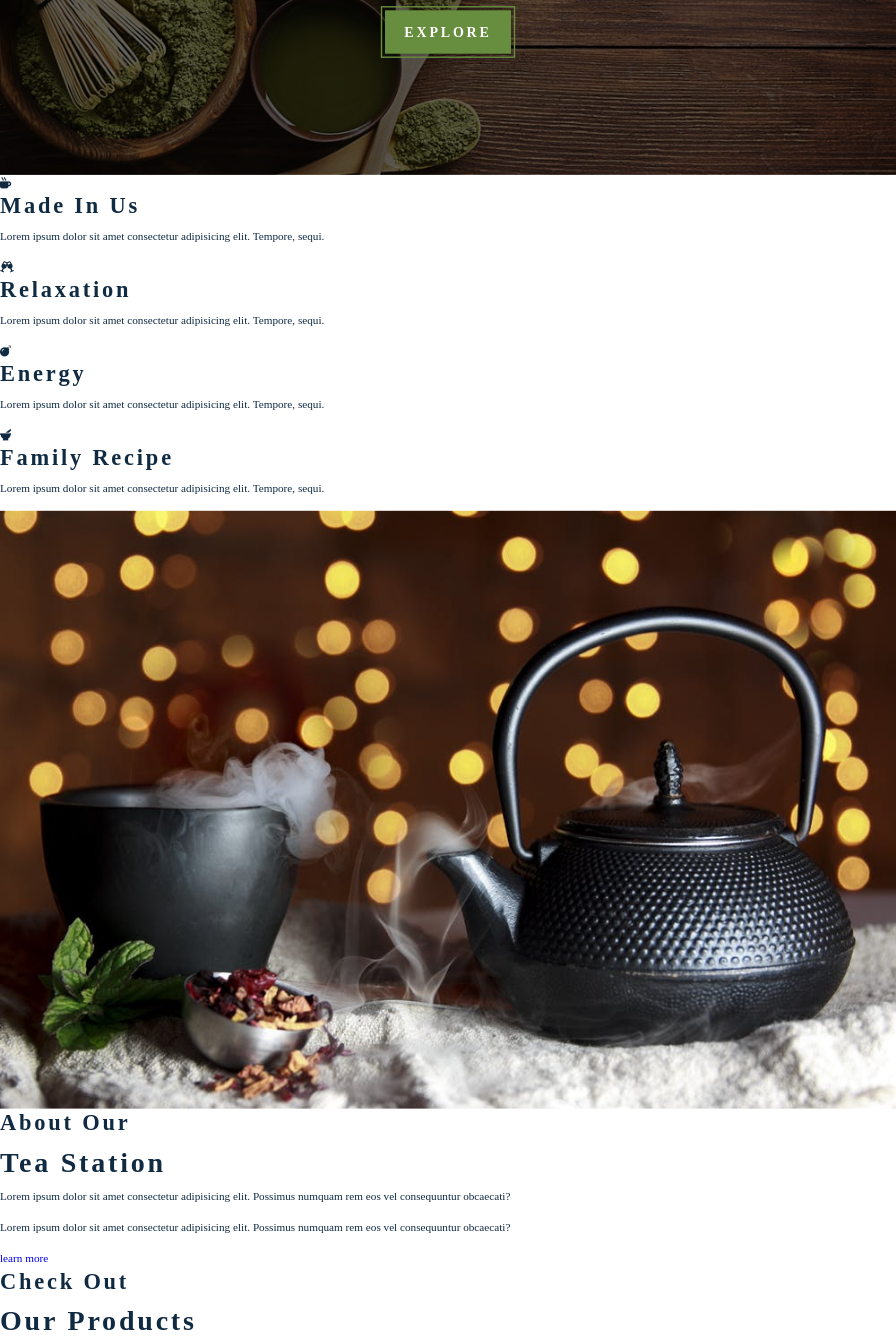
Repository: Ndifoinhilary/building_tea_site
Page: index.html
These files come from the project's save history. The page is drawn as it stood at one moment and after the next save; the edit follows.
The browser window is 1280 px wide. The pictures show the part of the page from y = 614 to 2534 px (the page is 6262 px tall before and 6270 px after), at 70% of full size.
Backgrounds fixed to the window are drawn as part of the page. Some web fonts or font styles are not loaded; a fallback is used.

Above is the page before, as saved 2024-01-03 18:32:15.

### index.html
<!DOCTYPE html>
<html lang="en">

<head>
  <meta charset="UTF-8" />
  <meta name="viewport" content="width=device-width, initial-scale=1.0" />
  <meta http-equiv="X-UA-Compatible" content="ie=edge" />
  <title>Tea Station || Home</title>
  <!-- font-awesome -->
  <link rel="stylesheet" href="./fontawesome-free-5.7.2-web/css/all.css" />
  <!-- custom css -->
  <link rel="stylesheet" href="./css/styles.css" />
</head>

<body>
  <!-- nav button -->
  <span class="nav-btn" id="nav-btn">
    <i class="fas fa-bars"></i>
  </span>
  <!-- nav -->
  <nav class="navbar" id="navbar">
    <div class="navbar-header">
      <span class="nav-close" id="nav-close">
        <i class="fas fa-times"></i>
      </span>
    </div>
    <ul class="nav-items">
      <li><a href="index.html" class="nav-link">home</a></li>
      <li><a href="skills.html" class="nav-link">skills</a></li>
      <li><a href="about.html" class="nav-link">about</a></li>
      <li><a href="products.html" class="nav-link">products</a></li>
    </ul>
  </nav>
  <!-- header -->
  <header class="header">
    <div class="banner">
      <h2 class="banner-subtitle">Over one hunred flavors of tea</h2>
      <h1 class="banner-title">specially crafted tea</h1>
      <a href="skills.html" class=" btn banner-btn">explore</a>
    </div>
  </header>

  <div class="content-divider"></div>
  <!-- skills section -->
  <section class="skills clearfix">
    <!-- single skill -->
    <article class="skill">
      <span class="skill-icon">
        <i class="fas fa-mug-hot"></i>
      </span>
      <h3 class="skill-title">made in us</h3>
      <!-- ten words -->
      <p class="skill-text">
        Lorem ipsum dolor sit amet consectetur adipisicing elit. Tempore,
        sequi.
      </p>
    </article>
    <!-- end of single skill -->
    <!-- single skill -->
    <article class="skill">
      <span class="skill-icon">
        <i class="fas fa-glass-cheers"></i>
      </span>
      <h3 class="skill-title">relaxation</h3>
      <!-- ten words -->
      <p class="skill-text">
        Lorem ipsum dolor sit amet consectetur adipisicing elit. Tempore,
        sequi.
      </p>
    </article>
    <!-- end of single skill -->
    <!-- single skill -->
    <article class="skill">
      <span class="skill-icon">
        <i class="fas fa-bomb"></i>
      </span>
      <h3 class="skill-title">energy</h3>
      <!-- ten words -->
      <p class="skill-text">
        Lorem ipsum dolor sit amet consectetur adipisicing elit. Tempore,
        sequi.
      </p>
    </article>
    <!-- end of single skill -->
    <!-- single skill -->
    <article class="skill">
      <span class="skill-icon">
        <i class="fas fa-mortar-pestle"></i>
      </span>
      <h3 class="skill-title">family recipe</h3>
      <!-- ten words -->
      <p class="skill-text">
        Lorem ipsum dolor sit amet consectetur adipisicing elit. Tempore,
        sequi.
      </p>
    </article>
    <!-- end of single skill -->
  </section>
  <!--end of skills section -->
  <!-- about -->
  <section class="about">
    <div class="section-center clearfix">
      <article class="about-img">
        <div class="about-picture-container">
          <img src="./images/about-bcg.jpeg" alt="tea kettle" class="about-picture" />
        </div>
      </article>
      <article class="about-info">
        <!-- section title -->
        <div>
          <h3 class="section-subtitle">about our</h3>
          <h2 class="section-title">tea station</h2>
        </div>
        <!-- section title -->
        <p class="about-text">
          Lorem ipsum dolor sit amet consectetur adipisicing elit. Possimus
          numquam rem eos vel consequuntur obcaecati?
        </p>
        <p class="about-text">
          Lorem ipsum dolor sit amet consectetur adipisicing elit. Possimus
          numquam rem eos vel consequuntur obcaecati?
        </p>
        <a href="about.html" class="main-btn">learn more</a>
      </article>
    </div>
  </section>
  <!-- end of about -->
  <!-- products -->
  <section class="products">
    <div class="section-center clearfix">
      <!-- products info  -->
      <article class="products-info">
        <!-- title -->
        <div>
          <h3 class="section-subtitle">check out</h3>
          <h2 class="section-title text-white">our products</h2>
        </div>
        <!-- end of title -->
        <p class="product-text">
          Lorem ipsum dolor sit amet consectetur adipisicing elit. Quod, quae
          vitae! Natus sed fugiat id laudantium nemo, asperiores corporis
          amet!
        </p>
        <a href="products.html" class="main-btn">inventory</a>
      </article>
      <!-- end of products info -->
      <!-- products inventory -->
      <article class="products-inventory clearfix">
        <!-- single product -->
        <div class="product">
          <img src="./images/product-1.jpeg" alt="single product" class="product-img" />
          <h3 class="product-title">product title</h3>
          <h3 class="product-price">$6.99</h3>
        </div>
        <!--end of single product -->
        <!-- single product -->
        <div class="product">
          <img src="./images/product-2.jpeg" alt="single product" class="product-img" />
          <h3 class="product-title">product title</h3>
          <h3 class="product-price">$6.99</h3>
        </div>
        <!--end of single product -->
        <!-- single product -->
        <div class="product">
          <img src="./images/product-3.jpeg" alt="single product" class="product-img" />
          <h3 class="product-title">product title</h3>
          <h3 class="product-price">$6.99</h3>
        </div>
        <!--end of single product -->
      </article>
      <!--end of  products inventory -->
    </div>
  </section>
  <!-- end of  products -->
  <!-- contact -->
  <section class="contact">
    <div class="section-center clearfix">
      <!-- contact info -->
      <article class="contact-info">
        <!-- contact item -->
        <div class="contact-item">
          <!-- contact text -->
          <h3 class="contact-title">
            <span class="contact-icon">
              <i class="fas fa-location-arrow"></i> </span>address
          </h3>
          <h3 class="contact-text">
            523 N Fairfax Ave, Los Angeles, CA 90048
          </h3>
        </div>
        <!-- end of contact item -->
        <!-- contact item -->
        <div class="contact-item">
          <!-- contact text -->
          <h3 class="contact-title">
            <span class="contact-icon"> <i class="fas fa-envelope"></i> </span>email
          </h3>
          <h3 class="contact-text">email@email.com</h3>
        </div>
        <!-- end of contact item -->
        <!-- contact item -->
        <div class="contact-item">
          <!-- contact text -->
          <h3 class="contact-title">
            <span class="contact-icon">
              <i class="fas fa-location-arrow"></i> </span>telephone
          </h3>
          <h3 class="contact-text">+ 123 456 789</h3>
        </div>
        <!-- end of contact item -->
      </article>
      <article class="contact-form">
        <form action="https://formspree.io/learncodetutorial@gmail.com" method="POST" class="form-group">
          <input type="text" name="name" placeholder="name" class="form-control" />
          <input type="email" name="email" placeholder="email" class="form-control" />
          <textarea name="message" placeholder="message" class="form-control" rows="5"></textarea>
          <button class="main-btn">send</button>
        </form>
      </article>
      <!-- end of contact info -->
    </div>
  </section>
  <!-- end o fcontact -->
  <footer class="footer">
    <div class="section-center">
      <div class="social-icons">
        <!-- social icon -->
        <a href="#" class="social-icon">
          <i class="fab fa-facebook"></i>
        </a>
        <!-- end of social icon -->
        <!-- social icon -->
        <a href="#" class="social-icon">
          <i class="fab fa-twitter"></i>
        </a>
        <!-- end of social icon -->
        <!-- social icon -->
        <a href="#" class="social-icon">
          <i class="fab fa-instagram"></i>
        </a>
        <!-- end of social icon -->
      </div>
      <p class="footer-text">
        &copy;2019 <span class="text-primary">tea station</span>. all rights
        reserved
      </p>
    </div>
  </footer>
  <script src="app.js"></script>
</body>

</html>

### css/styles.css
@import url("https://fonts.googleapis.com/css?family=Catamaran:400,700|Grand+Hotel");

* {
  margin: 0;
  padding: 0;
  box-sizing: border-box;
}

/*================
Global variables
===================
*/

:root{
  --clr-primary:#678e3e;
  --clr-primary-light:#beed8c;
  --clr-grey-1:#102a42;
  --clr-grey-5:#617d98;
  --clr-grey-10:#f1f5f8;
  --clr-white:#fff;
  --ff-primary:"Catamaran",sans-serif;
  --ff-secondary:"Grand Hotel", cursive;
  --transition: all 0.3s linear ;
  --spacing:0.25rem;
  --radius:0.5rem;
}


body{
  font-family: var(--clr-primary);
  background: var(--clr-white);
  color: var(--clr-grey-1);
  line-height: 1.5;
  font-size: 0.875rem;
}

a{
  text-decoration: none;
}

img{
  width: 100%;
  display: block;
}
h1,h2,h3,h4{
  letter-spacing: var(--spacing);
  text-transform: capitalize;
  line-height: 1.25;
  margin-bottom: 0.75rem;
}

h1{
  font-size: 3rem;
}
h2{
  font-size: 2rem;
}
h3{
  font-size: 1.5rem;
}
h4{
  font-size: 0.875rem;
}

p{
  margin-bottom: 1.25rem;
}
@media screen and (min-width:800px) {
  h1{
    font-size: 4rem;
  }
  h2{
    font-size: 2.5rem;
  }
  h3{
    font-size: 2rem;
  }
  h4{
    font-size: 1rem;
  }
  body{
    font-size: 1rem;
  }
  h1,h2,h3,h4{
    line-height: 1.25;

  }
}
/*
more css
 */

 .btn{
  text-transform: uppercase;
  background: var(--clr-primary);
  color: var(--clr-white);
  padding: 0.75rem, 1rem;
  letter-spacing: var(--spacing);
  display: inline-block;
  font-weight:700 ;
  transition: var(--transition);
  font-size: 1rem;
  border: none;
  cursor: pointer;
  box-shadow: 0 1px 3px rgba(0, 0, 0,0.2);
 }
.btn:hover {
  color: var(--ff-primary);
  background: var(--clr-primary-light);
}
 /*
 header
  */

  .header{
    min-height: 100vh;
    background: linear-gradient(rgba(0, 0, 0,0.6),rgba(0, 0, 0,0.6)) ,url("/images/main-bcg.jpeg") center/cover no-repeat fixed;
    position: relative;
    /* animation */
    overflow-x: hidden;

  }

  .banner{
    text-align: center;
    position: absolute;
    top: 50%;
    left: 50%;
    transform: translate(-50%,-50%);
  }

  .banner h2{
    font-family: var(--ff-secondary);
    color: var(--clr-primary);
    /* animation */
  }

  .banner h1{
    text-transform: uppercase;
    color: var(--clr-white);
    margin-top: 1.25rem;
    margin-bottom: 2rem;
  }

.banner-btn{
  outline: 0.125rem solid var(--clr-primary);
  outline-offset: 0.25rem;
  font-size: 1.25rem;
  padding:1rem 1.75rem ;
}

.content-divider{

}

### app.js
const navBtn = document.getElementById("nav-btn");
const navbar = document.getElementById("navbar");
const navClose = document.getElementById("nav-close");

navBtn.addEventListener("click", () => {
  navbar.classList.add("showNav");
});

navClose.addEventListener("click", () => {
  navbar.classList.remove("showNav");
});

Loaded but not shown: fontawesome-free-5.7.2-web/css/all.css (library)

After the next save:
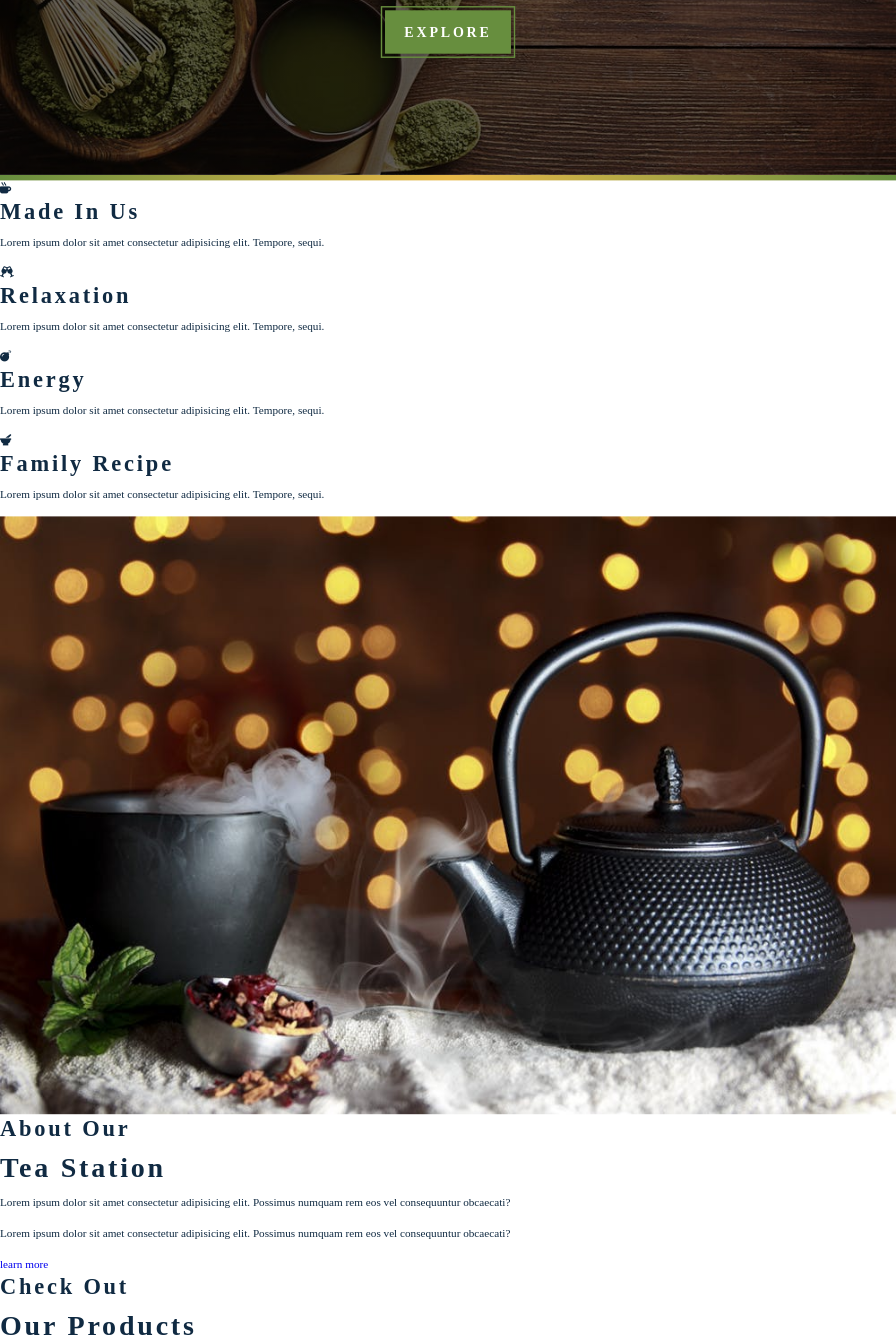
Saved 4 min 43 s later.
--- a/css/styles.css
+++ b/css/styles.css
@@ -150,5 +150,6 @@ more css
 }
 
 .content-divider{
-
+height: 0.5rem;
+background: linear-gradient(to left, var(--clr-primary), #e9b949, var(--clr-primary));
 }
